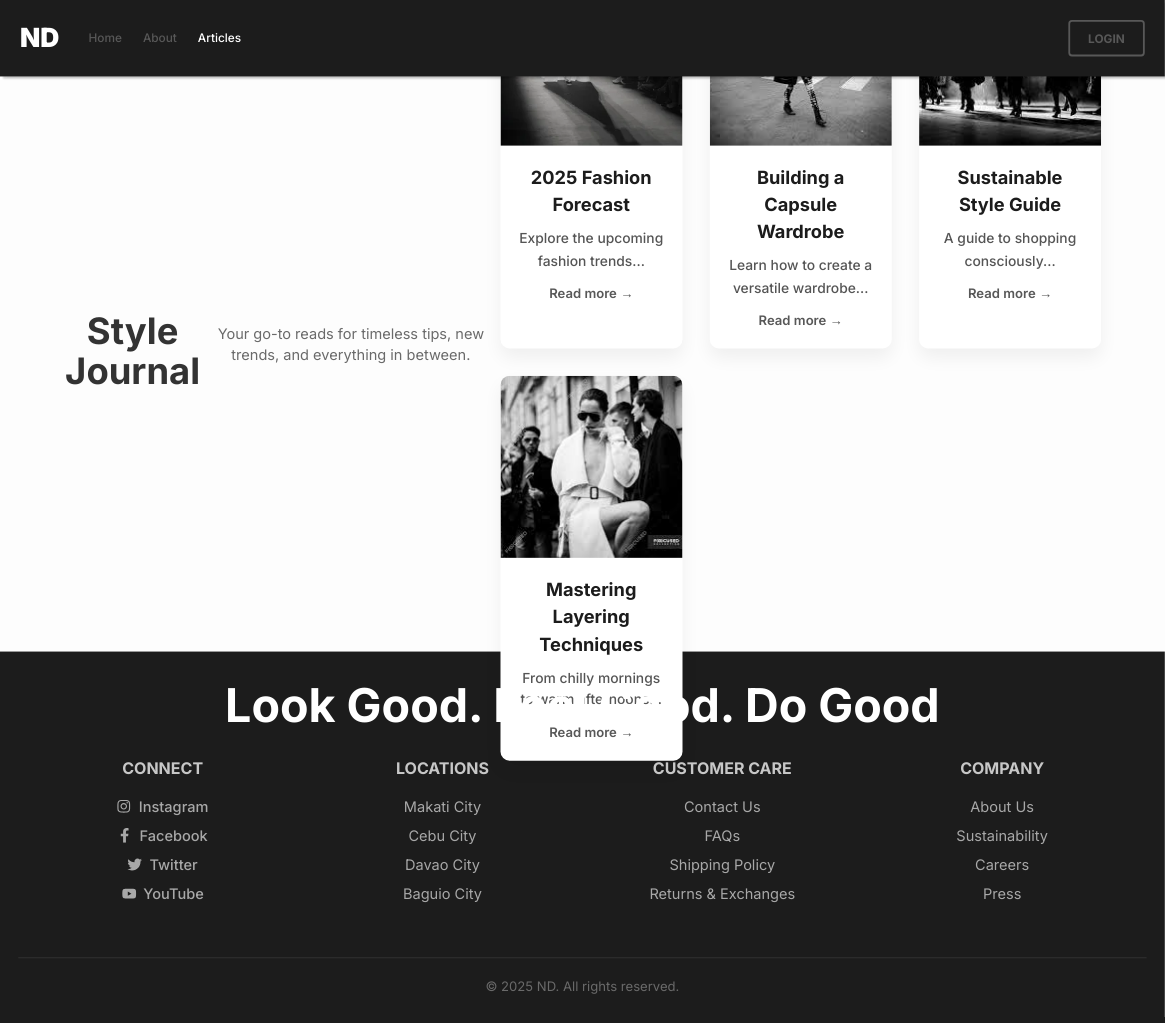
Repository: neomdavid/advancedwebprogramming
Page: /articles
These files come from the project's save history. The page is drawn as it stood at one moment and after a run of saves; the edit follows.
The browser window is 1280 px wide. The pictures show the whole page, at 91% of full size.
The project was rebuilt for these pictures with package versions that can differ from the ones it lists, and the page was loaded fresh each time. Also part of the build but not shown: vite.config.js, src/styles/AboutPage.css, src/pages/AboutPAge.jsx, src/styles/ArticlePage.css, src/pages/ArticlePage.jsx, src/styles/HomePage.css, src/pages/HomePage.jsx, src/styles/NotFoundPage.css and 3 more.

Above is the page before, as saved 2025-04-22 08:41:26.

After the next 3 saves:
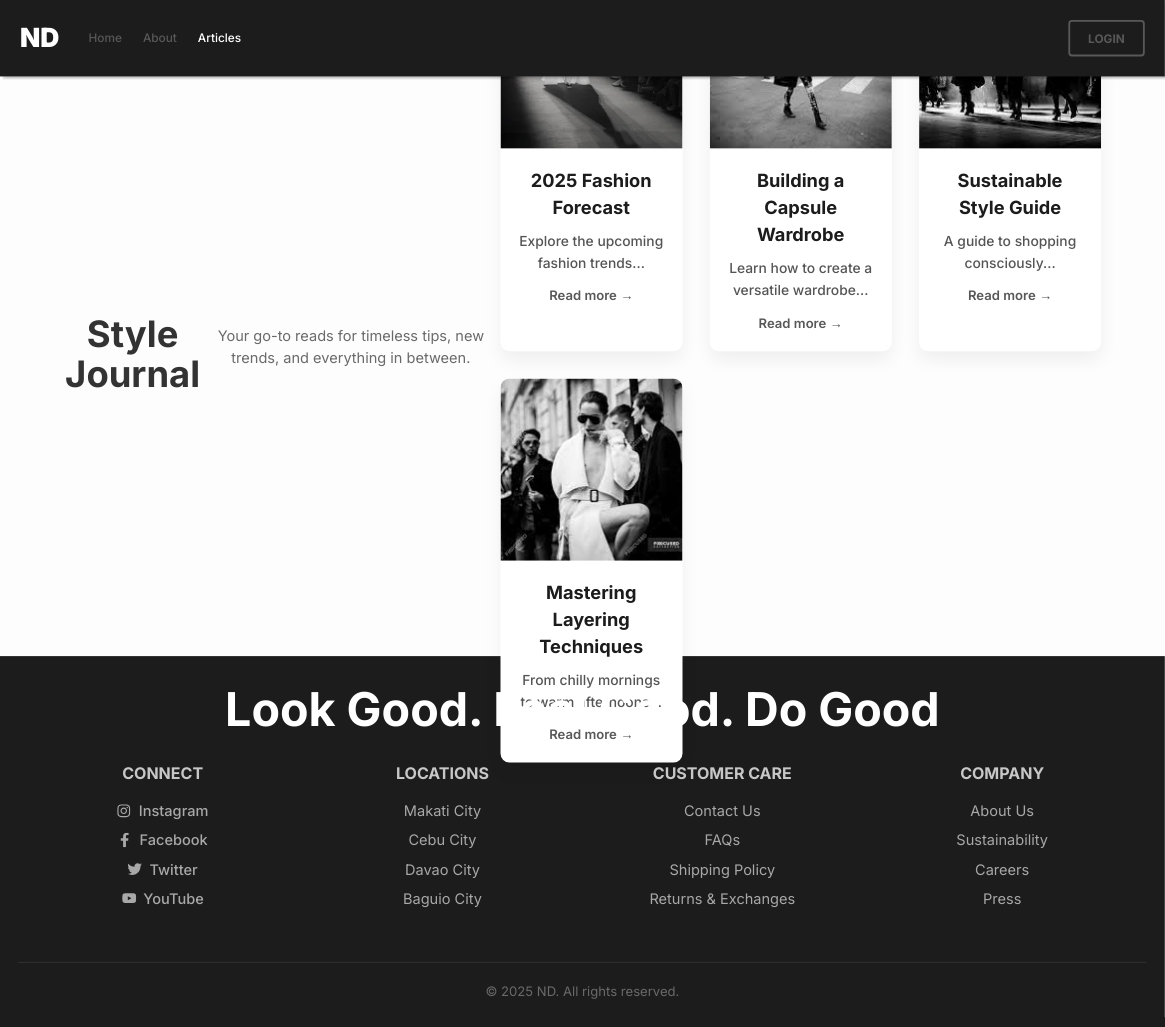
The 3 saves are shown as one change because they came seconds apart.
The last was saved 9 s later.
--- a/src/styles/LoginPage.css
+++ b/src/styles/LoginPage.css
@@ -3,7 +3,7 @@ main {
   justify-content: center;
   align-items: center;
   background-color: #1c1c1c;
-  height: 80vh;
+  height: 80.7vh;
 }
 .card {
   display: flex;
